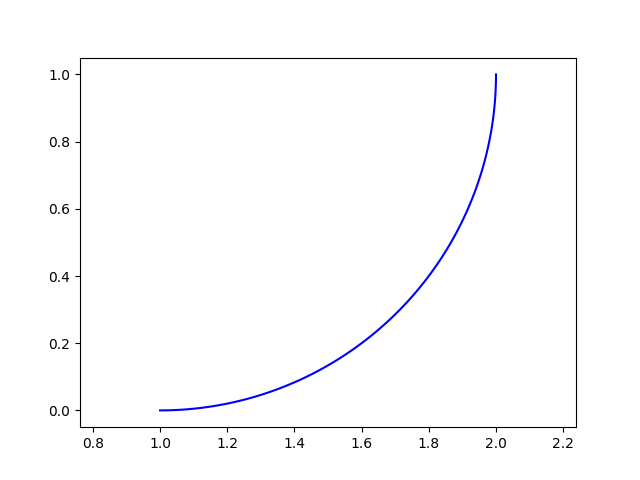
Repository: lbylzkx/Circle-Point-Manuscript
Script's output: python arc_inverse.py
An editor plug-in stored every save of this project. The script's output is shown before and after the next save, followed by the edit.
Random numbers start from a fixed seed.

Above is the script's output before, as saved 2023-09-25 16:23:12.

After the next save:
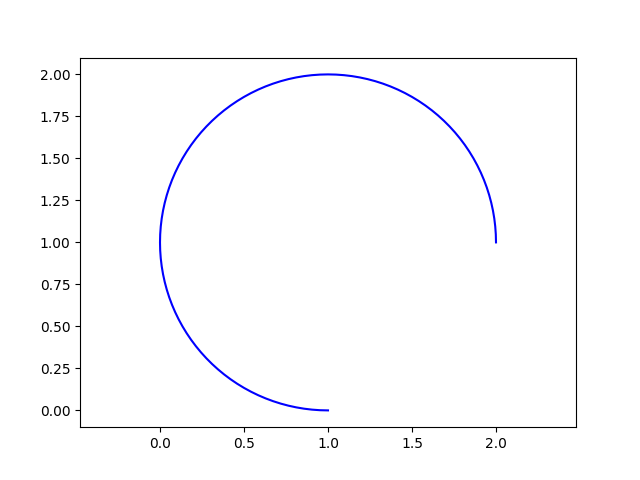
Saved 3 min 12 s later.
--- a/arc_inverse.py
+++ b/arc_inverse.py
@@ -22,8 +22,8 @@ def arc(center, point1, point2, color='b'):
     theta2 = np.arctan2(vector2[1], vector2[0])
 
     # 确保 theta2 > theta1
-    if theta2 < theta1:
-        theta2 += 2 * np.pi
+    if theta1 < theta2:
+        theta1 += 2 * np.pi
 
     # 计算圆弧上的点
     t = np.linspace(theta1, theta2, 100)
